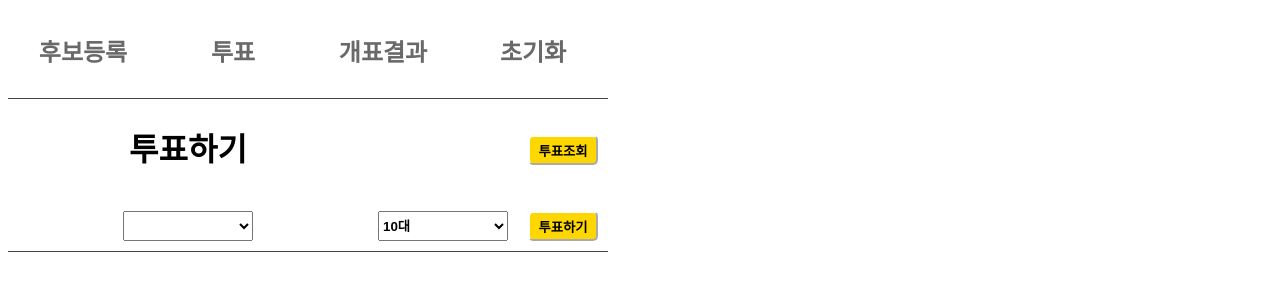
Repository: noheul1030/KOPO-HTML
Page: http://localhost/Tupyo/Tupyo/B_01_H.jsp
An editor plug-in stored every save of this project. The page is shown before and after the next save, followed by the edit.
The browser window is 1280 px wide. The pictures show the whole page.
The page is served by Tomcat 9. Queries for data that is not in the repository find no rows.

Above is the page before, as saved 2023-06-04 07:37:12.

### Tupyo/src/main/webapp/Tupyo/B_01_H.jsp
<meta http-equiv="Content-Type" content="text/html; charset=utf-8" />
<%@ page contentType="text/html; charset=UTF-8" %>
<%@ page import="java.util.*" %> <!--java import-->
<%@ page import="java.io.*"%> <!--java import-->
<%@ page import="java.sql.*"%> <!--java import-->
<html>
	<head>
		<title>투표 B_01_H.jsp</title>
		<style>
    		table {
    			text-align: center;
   				border: 0;
   				solid black;
   				width: 600px;
   				border-collapse: collapse;
   				cellspacing="1"}
    		th, td {
		    border-bottom: 1px solid #444444;
		    padding: 10px;
			}
			th:first-child, td:first-child {
			  border-left: none;
			}
    		a {text-decoration-line: none;  color: #696969;}
			h2:hover {
			 box-shadow: 0 0 40px 40px #ffd700 inset;
			}
    		h1,h2,h4 {margin-top: 15px; text-align: center;}
    		.fourth {
			  background: gold;
			  border-color: white;
			  color: black;
			  background-image: linear-gradient(45deg, yellow 50%, transparent 50%);
			  background-position: 100%;
			  background-size: 400%;
			  transition: background 300ms ease-in-out;
			  border-radius: 5px;
			}

			.fourth:hover {
			  background-position: 0;
			}
			select{
				width: 130px; height: 30px; padding: 0px;font-weight: bold;
			}
			select:hover {
			 background: #f5f5f5 50% ;
			}
    	</style>
	</head>
	<body>
<%
		//DB연동
		Class.forName("com.mysql.jdbc.Driver");
		//Connection conn = DriverManager.getConnection("jdbc:mysql://192.168.23.60:3307/kopo11","root","shdmf1030@");
		Connection conn = DriverManager.getConnection("jdbc:mysql://localhost:3306/noheul","root","shdmf1030@");
		Statement stmt = conn.createStatement();


		ResultSet rset = stmt.executeQuery("select * from HuboDB;");

%>
		<table>
    		<tr>
    			<td width = 25%><a align = center id="update" href="A_01_H.jsp" target="content"><h2>후보등록</h2></a></td>
    			<td width = 25%><a align = center id="vote" href="B_01_H.jsp" target="content"><h2>투표</h2></a></td>
    			<td width = 25%><a align = center id="result" href="C_01_H.jsp" target="content"><h2>개표결과</h2></a></td>
    			<td width = 25%><a align = center id="result" href="D_01_H.jsp" target="content"><h2>초기화</h2></a></td>
    		</tr>
		</table>

		<form method="psot">
		<table>
			<tr><td align = left style="border-bottom: none;"><h1>투표하기</h1></td>
				<td colspan="2" align = right width = 22% style="border-bottom: none;">
					<input class="fourth" type="submit" value="투표조회" style="width: 70px; height: 30px; padding: 0px;font-weight: bold;" formaction = 'B_02_H.jsp'></td></tr>
			<tr>
				</form>
			<form method="post" action="B_02_H.jsp">
				<td width="200"><p align="center"><select name="choice">
<%
			List<String> list = new ArrayList<String>();
			String hubo = "";
			while (rset.next()) {
			    hubo = Integer.toString(rset.getInt(2)) + "번" + rset.getString(1);
			    list.add(hubo);
%>
					<option value="<%=hubo%>"><%=hubo%></option>
<%
			} %>
				</select></p></td>
				<td width="200"><p align="center"><select name="age">
<%			for(int i = 10; i < 100; i+=10){ %>
					<option value="<%=i%>"> <%=i%>대 </option>
<%			} %>
				</select></p></td>
				<td>
					<input class="fourth" type="submit" value="투표하기" style="width: 70px; height: 30px; padding: 0px;font-weight: bold;">
				</td>
			</tr>
		</table>
		</form>
	</body>
</html>

After the next save:
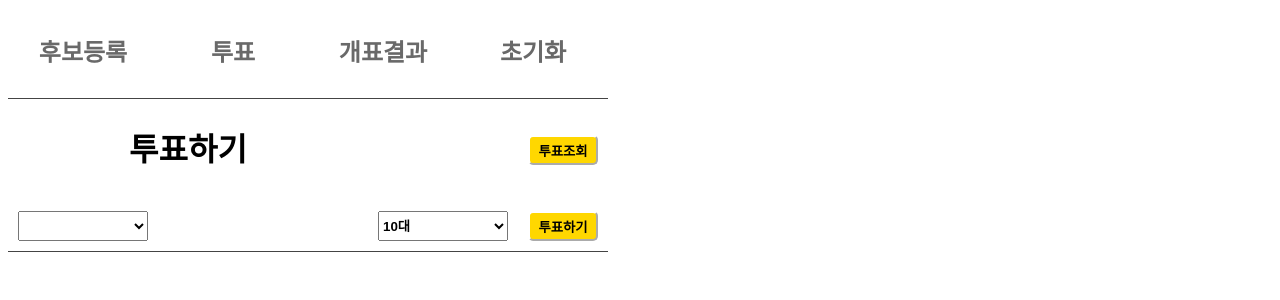
Saved 43 s later.
--- a/Tupyo/src/main/webapp/Tupyo/B_01_H.jsp
+++ b/Tupyo/src/main/webapp/Tupyo/B_01_H.jsp
@@ -77,7 +77,7 @@
 			<tr>
 				</form>
 			<form method="post" action="B_02_H.jsp">
-				<td width="200"><p align="center"><select name="choice">
+				<td width="200"><p align="left"><select name="choice">
 <%
 			List<String> list = new ArrayList<String>();
 			String hubo = "";
@@ -89,7 +89,7 @@
 <%
 			} %>
 				</select></p></td>
-				<td width="200"><p align="center"><select name="age">
+				<td width="200"><p align="left"><select name="age">
 <%			for(int i = 10; i < 100; i+=10){ %>
 					<option value="<%=i%>"> <%=i%>대 </option>
 <%			} %>

After the 2 saves that followed:
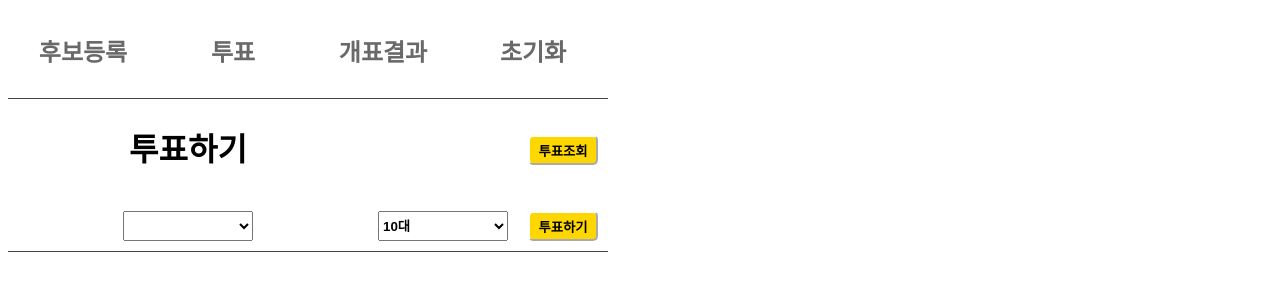
The 2 saves are shown as one change because 1 left the picture as it was.
The last was saved 44 s later.
--- a/Tupyo/src/main/webapp/Tupyo/B_01_H.jsp
+++ b/Tupyo/src/main/webapp/Tupyo/B_01_H.jsp
@@ -77,7 +77,7 @@
 			<tr>
 				</form>
 			<form method="post" action="B_02_H.jsp">
-				<td width="200"><p align="left"><select name="choice">
+				<td align="center"><p align="center"><select name="choice">
 <%
 			List<String> list = new ArrayList<String>();
 			String hubo = "";
@@ -89,7 +89,7 @@
 <%
 			} %>
 				</select></p></td>
-				<td width="200"><p align="left"><select name="age">
+				<td align="center"><p align="center"><select name="age">
 <%			for(int i = 10; i < 100; i+=10){ %>
 					<option value="<%=i%>"> <%=i%>대 </option>
 <%			} %>
